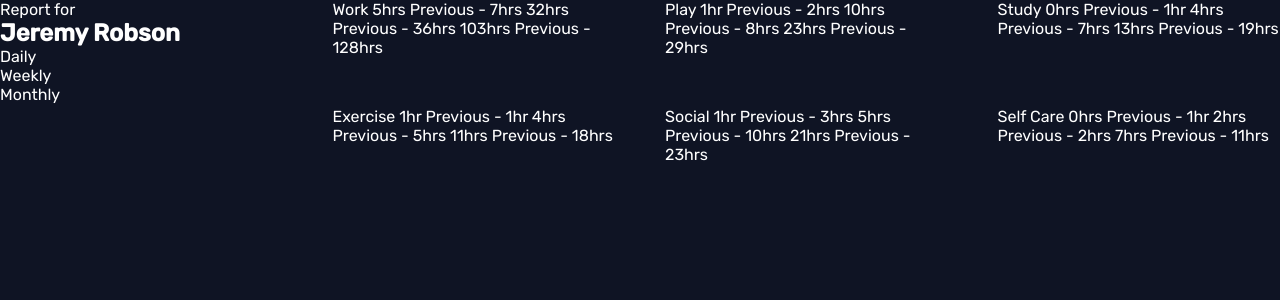
Repository: 3mr-5aled/time-tracking-dashboard-Junior
Page: index.html
These files come from the project's save history. The page is drawn as it stood at one moment and after the next save; the edit follows.
The browser window is 1280 px wide. The pictures show the whole page.

Above is the page before, as saved 2022-12-27 15:34:25.

After the next save:
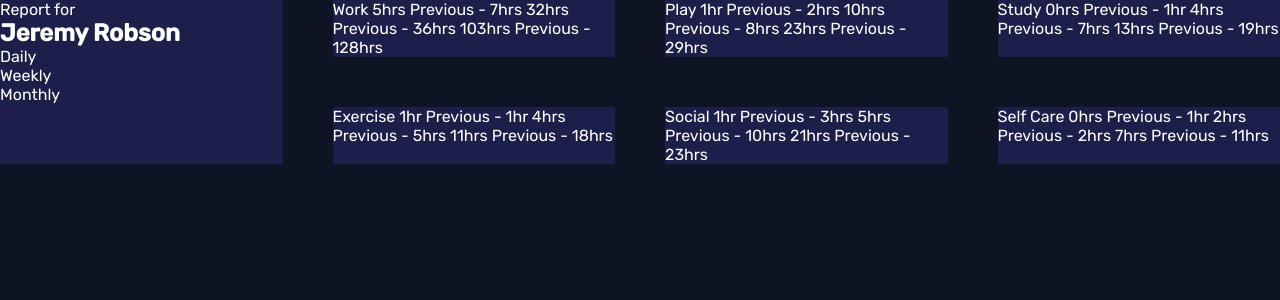
Saved 70 s later.
--- a/style.css
+++ b/style.css
@@ -47,6 +47,16 @@ body {
   grid-row-gap: 50px;
 }
 
+.user,
+.work,
+.play,
+.study,
+.exercise,
+.social,
+.selfCare {
+  background: var(--dark-blue);
+}
+
 .user {
   grid-area: user;
 }
